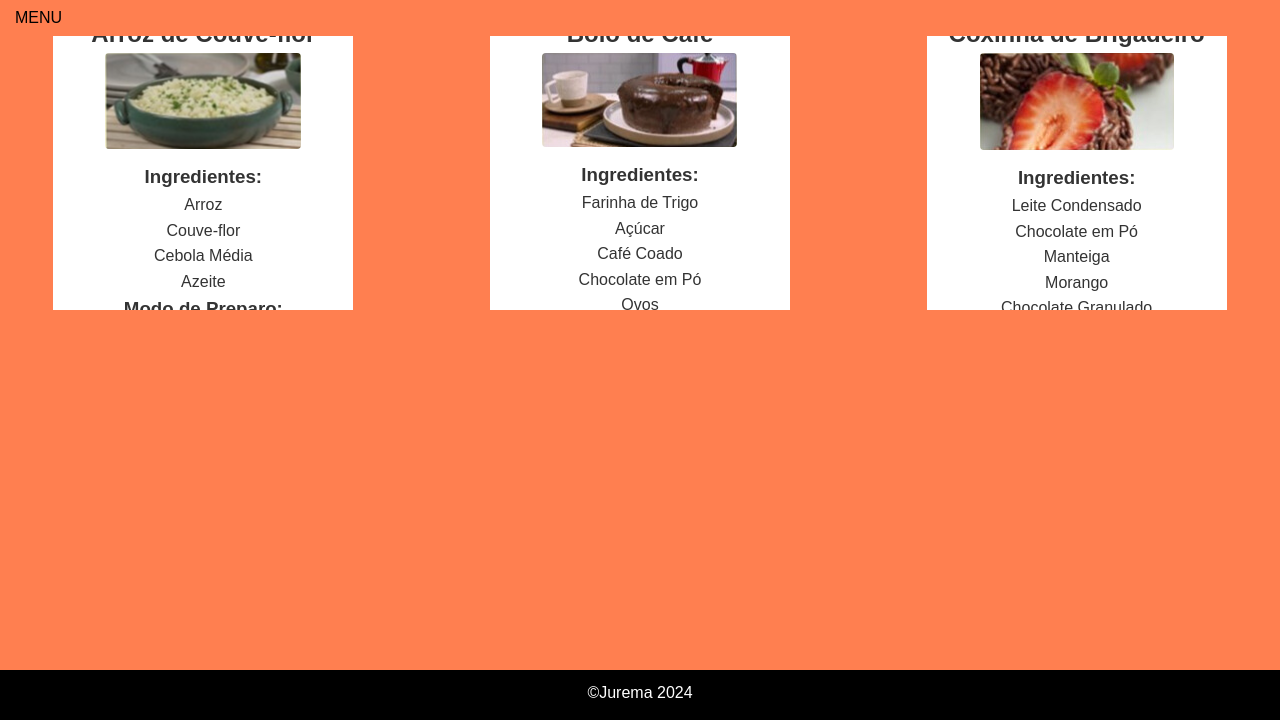
Repository: devropaes/RECEITAS
Page: OneDrive/Área de Trabalho/Estudos/Estácio/receitas/receitas.html
These files come from the project's save history. The page is drawn as it stood at one moment and after the next save; the edit follows.
The browser window is 1280 px wide. The pictures show the whole page.

Above is the page before, as saved 2024-03-15 11:04:39.

### OneDrive/Área de Trabalho/Estudos/Estácio/receitas/receitas.html
<!DOCTYPE html>
<html lang="pt-br">
<head>
    <meta charset="UTF-8">
    <meta http-equiv="X-UA-Compatible" content="IE=edge">
    <meta name="viewport" content="width=device-width, initial-scale=1.0">
    <link rel="stylesheet" href="formatos.css">
    <link rel="stylesheet" href="receitas.css">
    <title>Receitas</title>
</head>
<body>
  <div class="page-container">
    <header>
        <nav>
            <div class="page-container"></div>
  <ul class="navlist">
      <li><a href="home.html">MENU</a></li>

 </ul>
        </nav>
    </header>

    <main>
        <section class="receitas-container">
            <!-- Receita 1 -->
            <div class="receita">
                <h2>Arroz de Couve-flor</h2>
                <img src="./assets/arroz.png" alt="Arroz de Couve-flor">
                <h3>Ingredientes:</h3>
                <ul>
                    <li>Arroz</li>
                    <li>Couve-flor</li>
                    <li>Cebola Média</li>
                    <li>Azeite</li>
                </ul>
                <h3>Modo de Preparo:</h3>
                <p>Deixe a couve-flor picada. Adicione os ingredientes e refogue bem. Adicione sal, tampe a panela e deixe cozinhar.</p>
            </div>

            <!-- Receita 2 -->
            <div class="receita">
                <h2>Bolo de Café</h2>
                <img src="./assets/bolo.png" alt="Bolo de Café">
                <h3>Ingredientes:</h3>
                <ul>
                    <li>Farinha de Trigo</li>
                    <li>Açúcar</li>
                    <li>Café Coado</li>
                    <li>Chocolate em Pó</li>
                    <li>Ovos</li>
                </ul>
                <h3>Modo de Preparo:</h3>
                <p>Bata o açúcar, as gemas e o café. Adicione farinha e chocolate e mexa bem. Bata as claras e junte à mistura.</p>
            </div>

            <!-- Receita 3 -->
            <div class="receita">
                <h2>Coxinha de Brigadeiro</h2>
                <img src="./assets/brigadeiro.png" alt="Coxinha de Brigadeiro">
                <h3>Ingredientes:</h3>
                <ul>
                    <li>Leite Condensado</li>
                    <li>Chocolate em Pó</li>
                    <li>Manteiga</li>
                    <li>Morango</li>
                    <li>Chocolate Granulado</li>
                </ul>
                <h3>Modo de Preparo:</h3>
                <p>Junte o leite condensado, chocolate em pó e manteiga. Aqueça no fogo baixo. Envolva os morangos e passe no granulado.</p>
            </div>
        </section>
    </main>


    <footer class="rodape">
      <p>&copy;Jurema 2024 </p>
 </footer>
</body>
</html>

### OneDrive/Área de Trabalho/Estudos/Estácio/receitas/formatos.css


:root {
    --cor-primaria: #ff7f50;
    --cor-secundaria: #333;
    --cor-terciaria: #000;
    --cor-hover: #fff;
    --font-primaria: "Arial, Helvetica", sans-serif;
    --font-secundaria: "Krona-One", sans-serif;
}

* {
    margin: 0;
    padding: 0;
    box-sizing: border-box;
}

body {

    background-color: var(--cor-primaria);
    color: var(--cor-secundaria);
    font-family: var(--font-secundaria);
    font-size: 16px;
    line-height: 1.6;
    font-weight: 400;
    text-align: center;
    margin: 5px;
    padding: 5px;


}
.navlist li {
    display: flex;
    margin: 5px;
}
.navlist a {
    text-decoration: none;
    color: var(--cor-terciaria);
    font-family: var(--font-primaria);
    font-size: 1em;
    font-weight: normal; /* ou outro valor adequado */
    margin: 0;
    padding: 0;
}
.logo-container {
    display: flex;
    align-items: center;
    font-size: 1em;
    margin-bottom: 50px;
    margin-top: 80px;
}
.logo {
    width: 5px;
    width: 5px;
    margin-right: 0px;

}
.receitas__tia__jurema {
    width: 80px;
    font-size: 2.5em;
    margin-bottom: 50px;
    padding: 50px;
    display:contents;

}
.content {
    display: flex;
    flex-direction: column;
    align-items: center;
    justify-content: center;
    text-align: center;
}

.apresentacao {
    font-size: 1.5em;
    text-align:inherit;
    padding: 30px;
    width: 80%; /* Ajuste conforme necessário */
    margin: auto;

}
.apresentação h2 {
    margin: bottom 30px;
    padding: 30px;
    text-align: center;
}

/* Adicione esta regra para alinhar o logo à esquerda da Receitas Tia Jurema */
.content {
    display: flex;
    align-items: center;
    margin-bottom: 20px;
}

.logo {
    width: 70px;
    margin-right: 5px; /* Ajuste conforme necessário */

}

/* Explorar as possibilidades da visualização no modo flex */
.container {
    display: flex;
    justify-content: space-around; /* Alinha os elementos filhos com espaço entre eles */
    align-items: center; /* Centraliza os elementos verticalmente */
}

header {
    /* Se desejar posicionar o cabeçalho fixo no topo da página: */
    position: fixed;
    top: 0;
    width: 100%;
    margin-top: 0%;
    background-color:var(--cor-primaria);
    z-index: 1000; /* Certifique-se de que o cabeçalho apareça acima do conteúdo */
}
.rodape {
    background-color: var(--cor-terciaria);
    border-color: var(--cor-hover);
    color: var(--cor-hover);
    text-align: center;
    padding: 10px;
    position: fixed;
    border-bottom: var(--cor-hover);
    left: 0;
    bottom: 0%;
    width: 100%;
    height: 50px;
    max-width: 100%;

}
main {
    margin-bottom: 60px; /* Ajuste a margem inferior para acomodar a altura do rodapé mais uma margem extra */
}

### OneDrive/Área de Trabalho/Estudos/Estácio/receitas/receitas.css

.apresentacao__receitas__link {
    display:contents;
    width: 100px;
    padding: 10px;
    align-items: center;
    justify-content: center:
}
.receitas-container {
    display: flex;
    flex-wrap: wrap;
    gap: 50px;
    justify-content:space-around;
    max-height: 300px;
    overflow: auto;
}
.receita {
    background-color:var(--cor-hover);
    padding: 5px;
    width: 300px;
}
.receita img {
    max-width: 100%;
    height: auto;
    border-radius: 4px;
    margin-bottom: 5px;
}
.receita h2 {
    color:var(--cor-secundaria);
}

.receita h3 {
    color:var(--cor-secundaria);
}

.receita ul {
    list-style: none;
    padding: 0;
}

.receita p {
    color:var(--cor-secundaria);
}

After the next save:
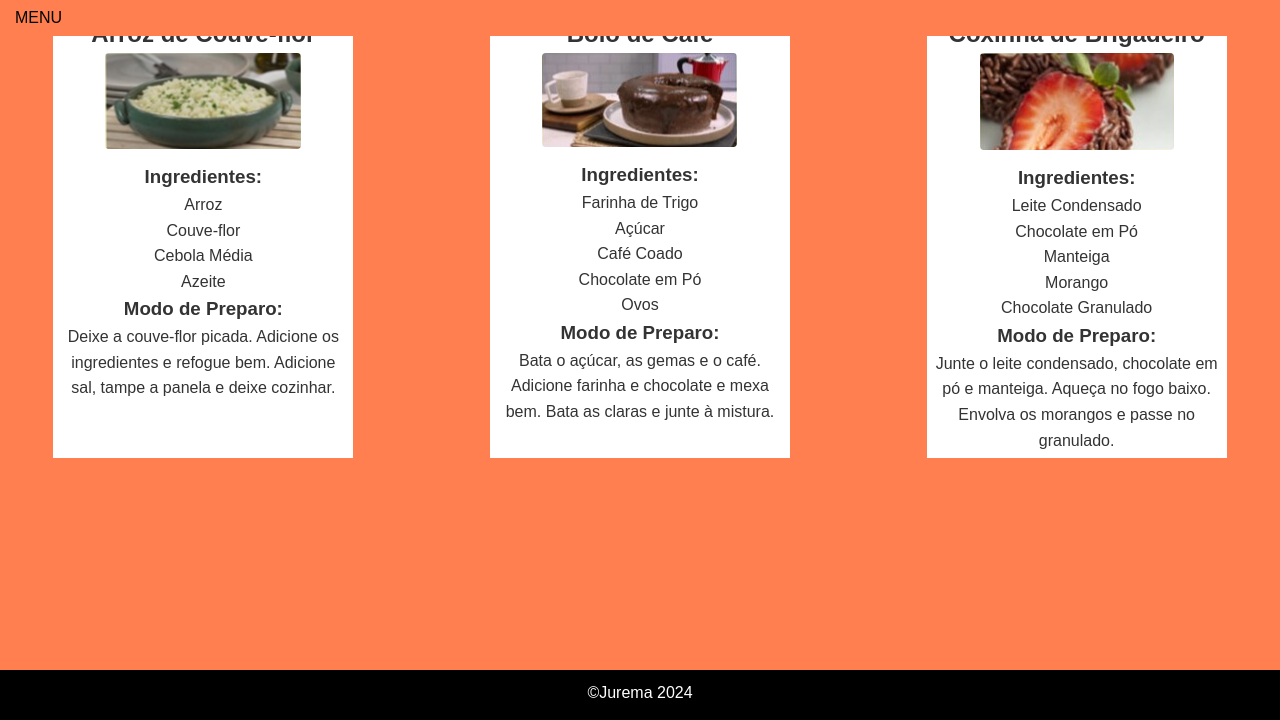
Saved 8 s later.
--- a/OneDrive/Área de Trabalho/Estudos/Estácio/receitas/receitas.css
+++ b/OneDrive/Área de Trabalho/Estudos/Estácio/receitas/receitas.css
@@ -11,7 +11,7 @@
     flex-wrap: wrap;
     gap: 50px;
     justify-content:space-around;
-    max-height: 300px;
+    max-height: 800px;
     overflow: auto;
 }
 .receita {
